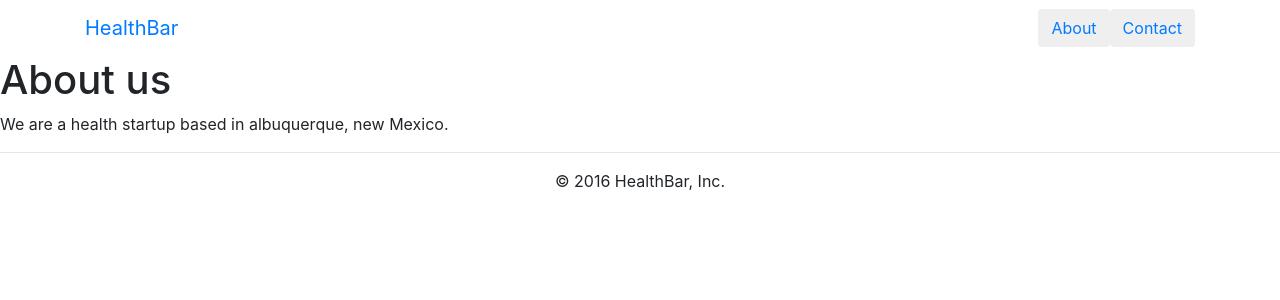
Repository: AdaLover/demoExpressApp
Page: http://localhost/about
These files come from the project's save history. The page is drawn as it stood at one moment and after the next save; the edit follows.
The browser window is 1280 px wide. The pictures show the whole page.
The page is served by the project's Node server (app.js).

Above is the page before, as saved 2018-01-29 18:31:52.

### views/about.pug
extends layout

block content
 .container
 h1 About us
 p
   | We are a health startup based in albuquerque, new Mexico.

### views/layout.pug
doctype html
html(lang="en")
  head
    title Jumbotron Template for Bootstrap
    link(rel="stylesheet" href="https://maxcdn.bootstrapcdn.com/bootstrap/4.0.0/css/bootstrap.min.css" integrity="sha384-Gn5384xqQ1aoWXA+058RXPxPg6fy4IWvTNh0E263XmFcJlSAwiGgFAW/dAiS6JXm" crossorigin="anonymous")
  body
    nav.navbar.navbar-inverse.navbar-fixed-top
      .container
        .navbar-header
          a.navbar-brand(href="/") HealthBar
        #navbar
            button.btn
             a(href="about") About
            button.btn
             a(href="contact") Contact
    block content
    hr
    footer
     p(class='text-center') © 2016 HealthBar, Inc.

### app.js
const express = require('express');
const path  =  require('path');
const bodyParser = require('body-parser');
const nodemailer = require('nodemailer');

const app = express();

app.use(bodyParser.json());
app.use(bodyParser.urlencoded({'extended':false}));

app.set('views', path.join(__dirname,'views'));
app.set('view engine','pug');

app.get('/',(req,rew)=>{
    rew.render('index');
});
app.get('/about',(req,rew)=>{
    rew.render('about');
});

app.listen(5000);
console.log("server running on port 5000.");

After the next save:
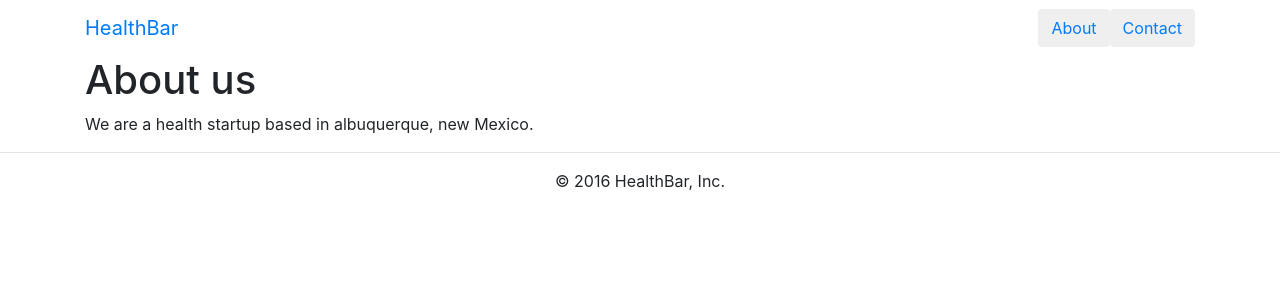
Saved 8 s later.
--- a/views/about.pug
+++ b/views/about.pug
@@ -2,6 +2,6 @@ extends layout
 
 block content
  .container
- h1 About us
- p
+  h1 About us
+  p
    | We are a health startup based in albuquerque, new Mexico.
